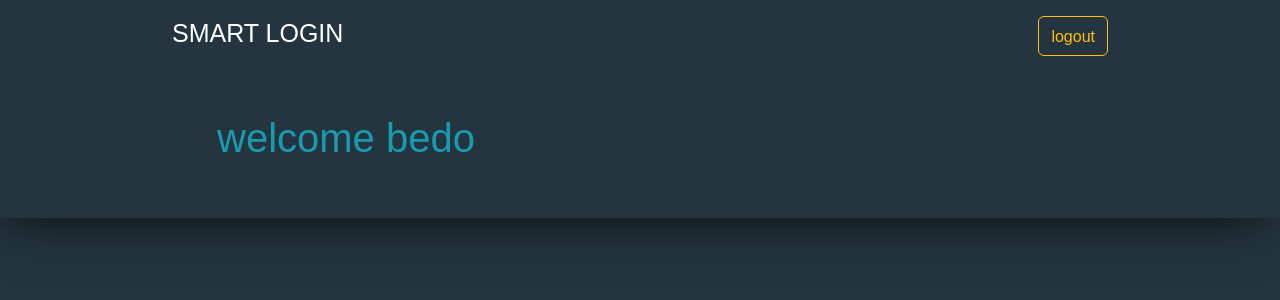
Repository: bodajava/TASK-4
Page: theerdIndex.html
These files come from the project's save history. The page is drawn as it stood at one moment and after the next save; the edit follows.
The browser window is 1280 px wide. The pictures show the whole page.

Above is the page before, as saved 2025-06-18 19:08:02.

### theerdIndex.html
<!DOCTYPE html>
<html lang="en">
  <head>
    <link rel="stylesheet" href="CSS/all.min.css" />
    <link rel="stylesheet" href="CSS/bootstrap.css" />
    <link rel="stylesheet" href="CSS/style.css" />
    <meta charset="UTF-8" />
    <meta name="viewport" content="width=device-width, initial-scale=1.0" />
    <title>Document</title>
  </head>
  <body>
    <div id="container" class="container-fluid">
      <nav
        id="nav"
        class="container navbar navbar-expand-lg bg-body-tertiary pt-0 pb-0"
      >
        <div class="container-fluid">
          <a id="margen" class="navbar-brand" href="#">SMART LOGIN</a>

          <button
            class="navbar-toggler"
            type="button"
            data-bs-toggle="collapse"
            data-bs-target="#navbarSupportedContent"
            aria-controls="navbarSupportedContent"
            aria-expanded="false"
            aria-label="Toggle navigation"
          >
            <span class="navbar-toggler-icon"></span>
          </button>

          <div class="collapse navbar-collapse" id="navbarSupportedContent">
            <ul class="navbar-nav ms-auto mb-2 mb-lg-0">
              <li>
                <a
                  class="pt-2 mt-3 btn btn-outline-warning w-100 d-flex align-items-center"
                  href=""
                  >logout</a
                >
              </li>
            </ul>
          </div>
        </div>
      </nav>

      <div class="group m-auto w-75 p-5">
        <h1 id="userName">welcome bedo</h1>
      </div>
    </div>
    <script src="js/bootstrap.bundle.min.js"></script>
    <script src="js/index.js"></script>
  </body>
</html>

### CSS/style.css
* {
  padding: 0;
  margin: 0;
  box-sizing: border-box;
}

body {
  background-color: #24353f;
  display: flex;
  justify-content: center;
  align-items: center;
  font-family: Arial, sans-serif;
}

#item {
  margin-top: 60px;
  margin-left: 390px;
  margin-right: 390px;
  padding-left: 15px;
  padding-right: 15px;
}

#item2 {
  box-shadow: -5px 2px 54px -9px rgba(0, 0, 0, 1);
  margin-left: 138.75px;
  margin-right: 138.75px;
  padding-left: 60px;
  padding-right: 60px;
  padding-top: 60px;
  padding-bottom: 60px;
}

h1 {
  color: #189bb1;
}

.anchor {
  text-decoration: none;
}

.anchor:hover {
  text-decoration: underline;
}

.paragraph {
  font-size: 20px;
  line-height: 30px;
  font-weight: 400;
  color: white;
}

.paragraph a {
  font-size: 20px;
  line-height: 30px;
  font-weight: 400;
  color: white;
}

.form-control {
  background-color: #24353f;
  border: 1px solid white;
  color: #fff;
  border-radius: 5px;
}

.form-control::placeholder {
  color: #a0a0a0;
}

.form-control:focus {
  background-color: #24353f;
  color: #fff;
  border-color: #189bb1;
  outline: none;
  box-shadow: none;
}

.btnn {
  text-decoration: none;
  color: #189bb1;
}

.btnn:hover {
  color: white;
}

#box {
  box-shadow: -5px 2px 54px -9px rgba(0, 0, 0, 1);
}

#nav {
  background-color: #24353f !important;
}

#container {
  box-shadow: -5px 2px 54px -9px rgba(0, 0, 0, 1);
}

#margen {
  margin-left: 90px;
  font-size: 25px;
  line-height: 38px;
  font-weight: 400;
  color: white;
}

ul li {
  margin-right: 90px;
  padding-bottom: 10px;
}

Loaded but not shown: CSS/all.min.css (library); CSS/bootstrap.css (library); js/bootstrap.bundle.min.js (library); js/index.js (no copy from this time; the picture is the same without it)

After the next save:
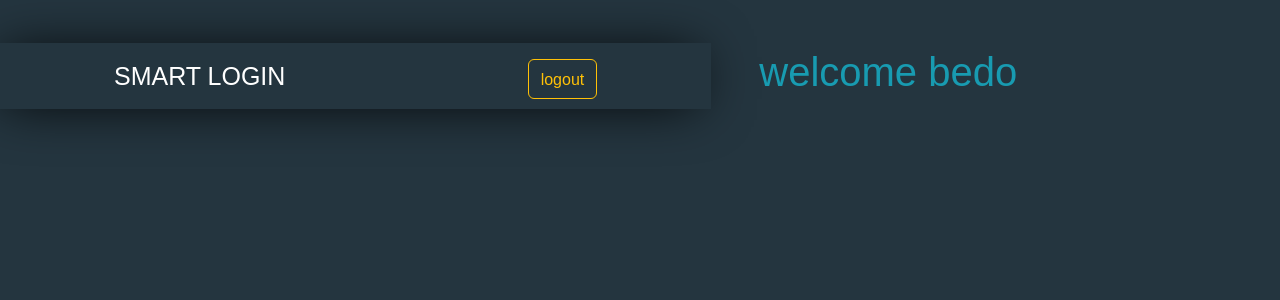
Saved 7 s later.
--- a/theerdIndex.html
+++ b/theerdIndex.html
@@ -42,10 +42,10 @@
           </div>
         </div>
       </nav>
+    </div>
 
-      <div class="group m-auto w-75 p-5">
-        <h1 id="userName">welcome bedo</h1>
-      </div>
+    <div class="group m-auto w-75 p-5">
+      <h1 id="userName">welcome bedo</h1>
     </div>
     <script src="js/bootstrap.bundle.min.js"></script>
     <script src="js/index.js"></script>
